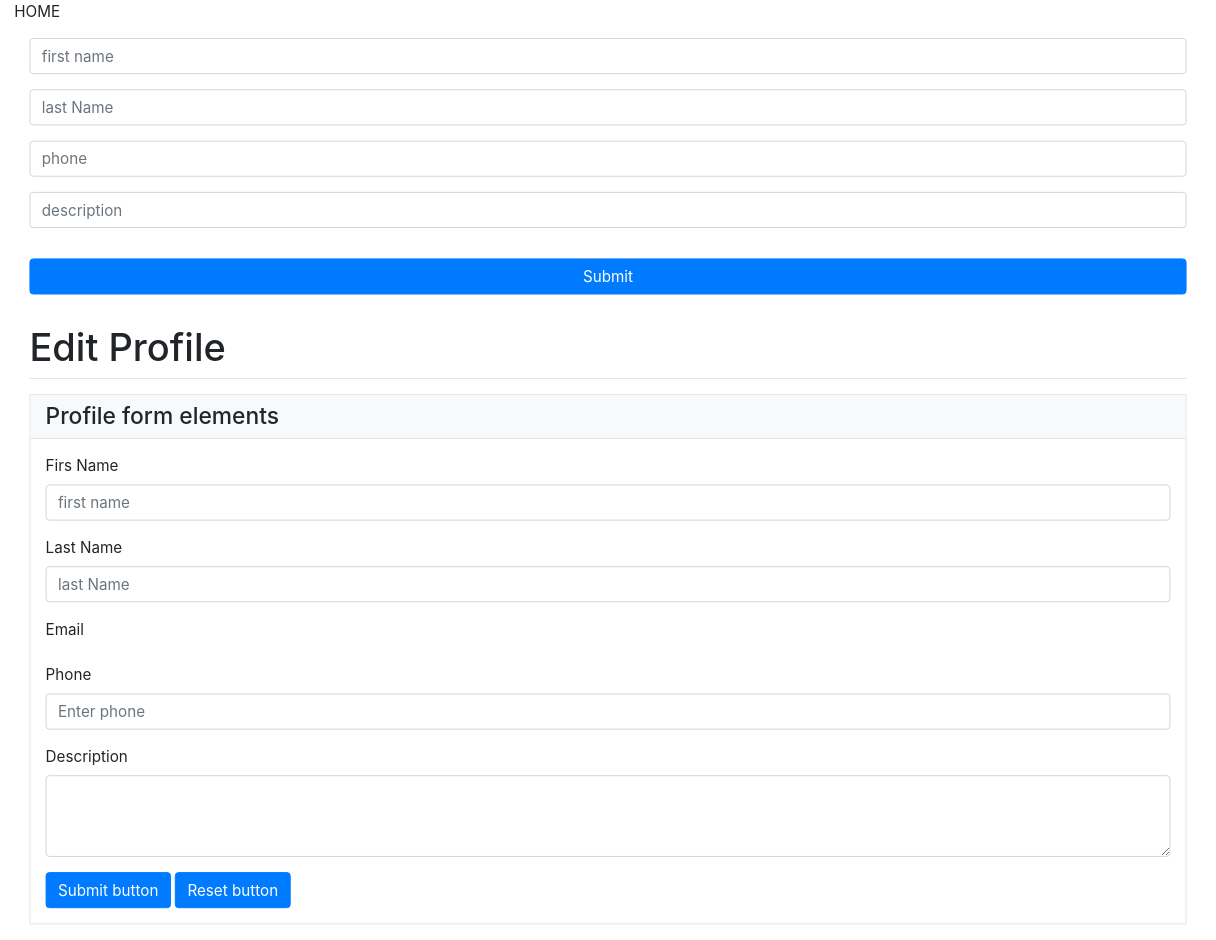
Repository: Thiuannh/springboot
Page: http://localhost/JACKMVC/WEB-INF/views/home.jsp
An editor plug-in stored every save of this project. The page is shown before and after the next save, followed by the edit.
The browser window is 1280 px wide. The pictures show the whole page, at 95% of full size.
The page is served by Tomcat 9. Nobody is signed in. The template is opened directly, without the code that normally fills it, so the values that code supplies are empty.

Above is the page before, as saved 2022-11-21 11:23:07.

After the next save:
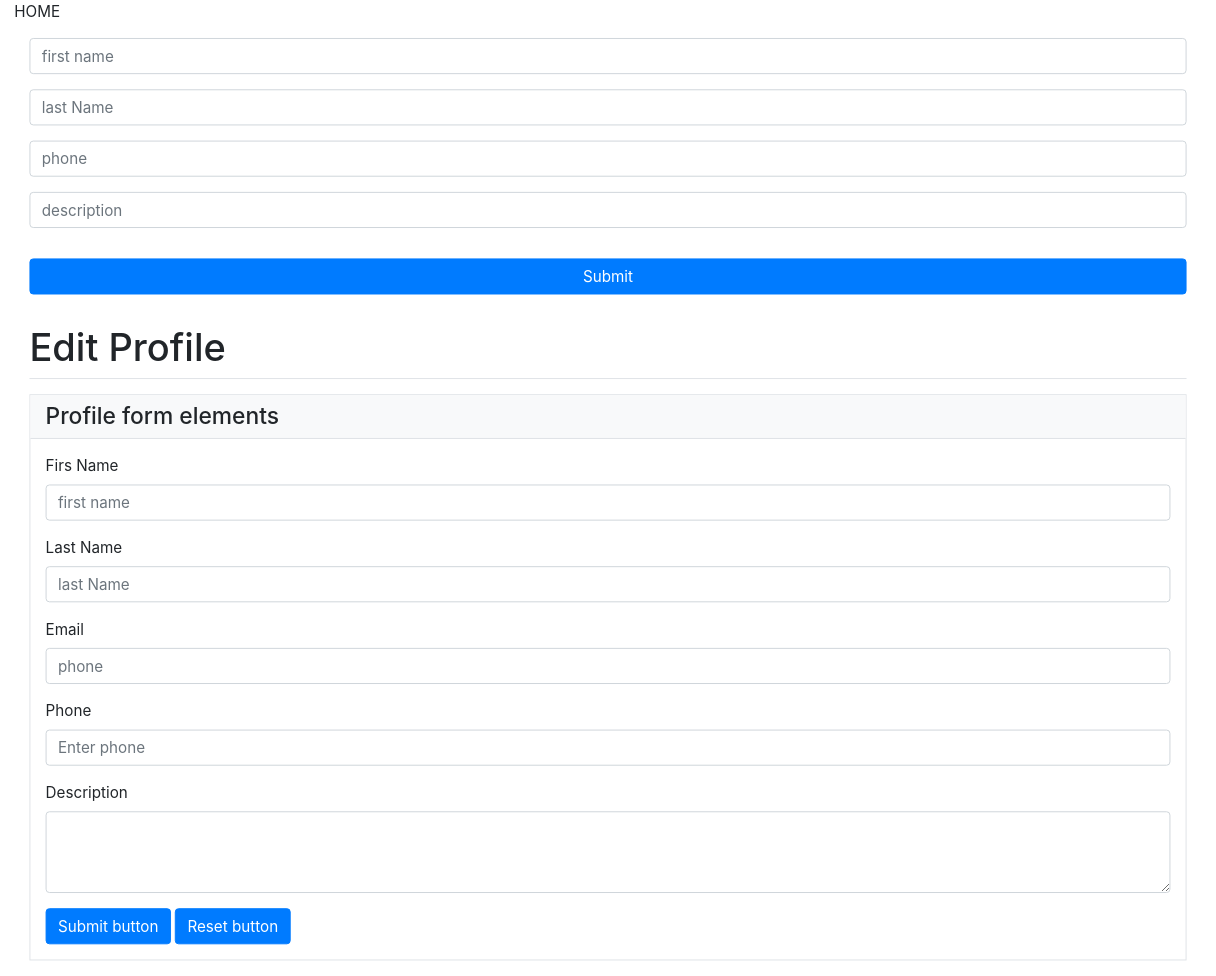
Saved 2 min 39 s later.
--- a/JACKMVC/src/main/webapp/WEB-INF/views/home.jsp
+++ b/JACKMVC/src/main/webapp/WEB-INF/views/home.jsp
@@ -84,8 +84,12 @@
 
 				<div class="form-group">
 					<label for="Email">Email</label>
-					<p class="email"></p>
+					<form:input type="text" class="form-control" id="lastName"
+					placeholder="phone" path="phone" />
+				<span class="text-danger error"></span>
+
 				</div>
+
 				<div class="form-group">
 					<label for="phone">Phone</label> <input type="text"
 						class="form-control" id="phone" placeholder="Enter phone">
